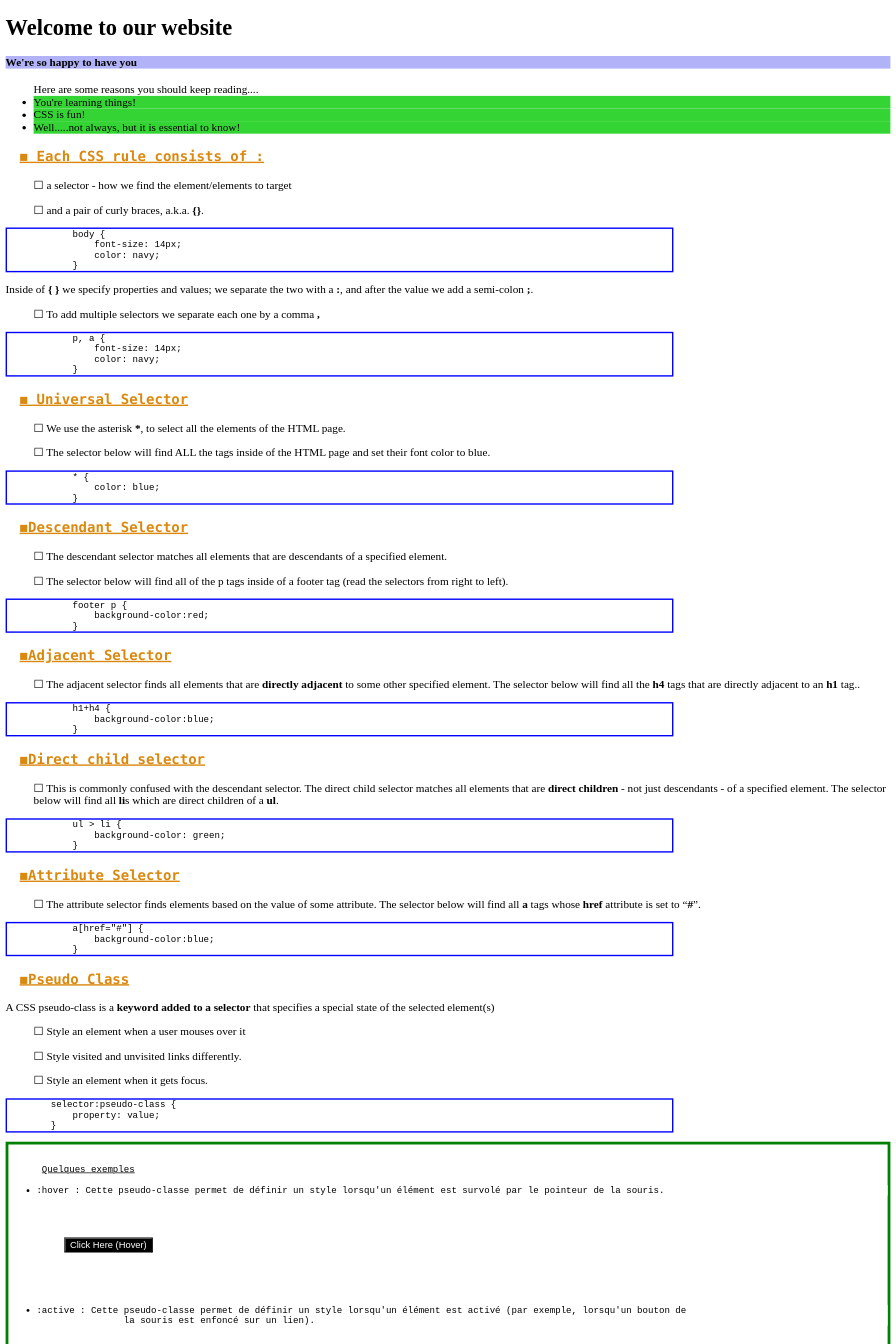
Repository: AnnaSpirit/Tests__
Page: CSS/Useful_Selectors.html
An editor plug-in stored every save of this project. The page is shown before and after the next save, followed by the edit.
The browser window is 1280 px wide. The pictures show the part of the page from y = 0 to 1920 px (the page is 2653 px tall before and 2649 px after), at 70% of full size.

Above is the page before, as saved 2024-04-03 18:53:11.

After the next save:
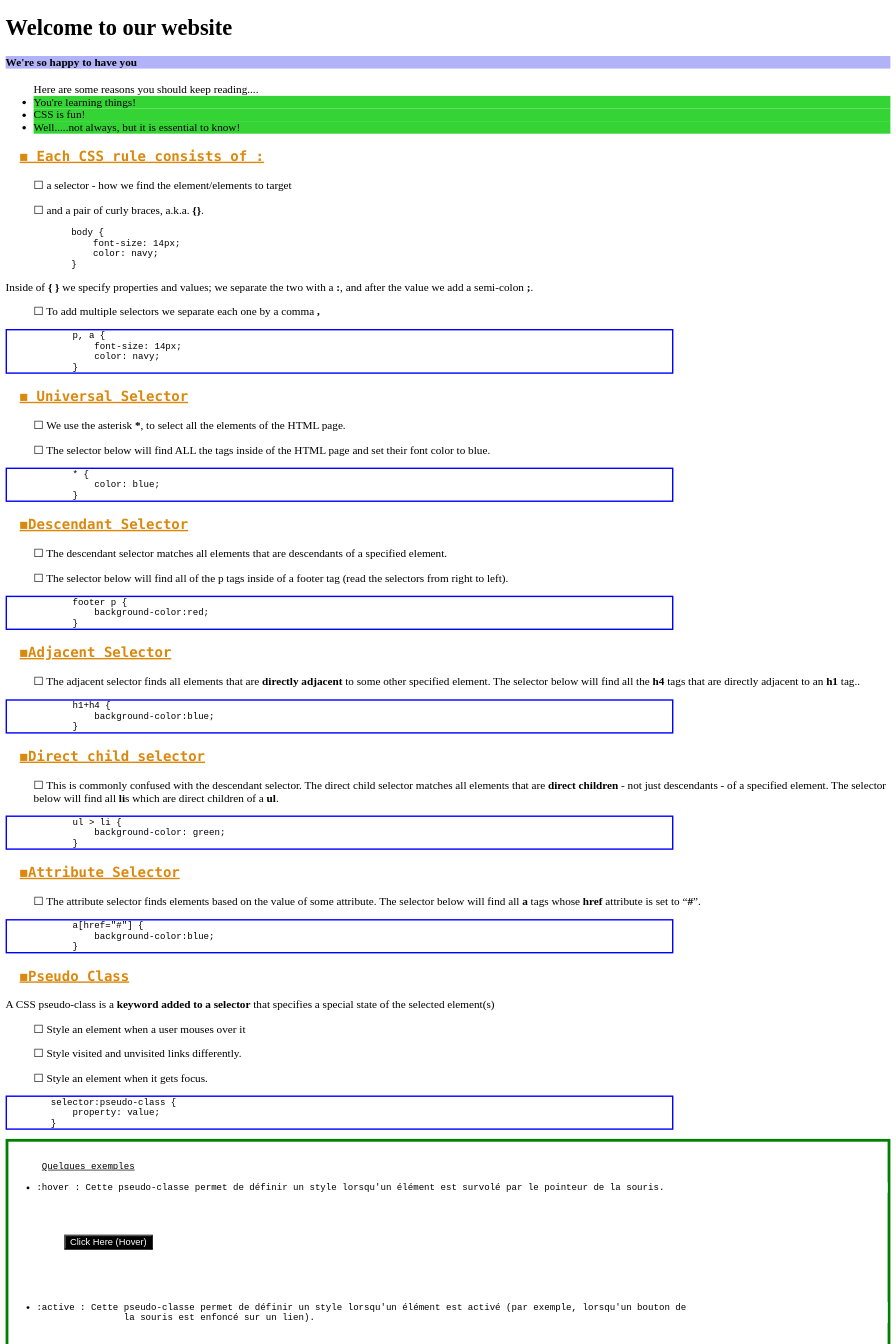
Saved 2 min 29 s later.
--- a/CSS/Useful_Selectors.html
+++ b/CSS/Useful_Selectors.html
@@ -23,7 +23,7 @@
             <p style="padding-left: 40px;"> &#9744; a selector - how we find the element/elements to target</p>
             <p style="padding-left: 40px;"> &#9744; and a pair of curly braces, a.k.a. <b>{}</b>.</p>
     <span>
-        <pre style="border: 2px solid blue; margin-right: 310px">
+        <pre style="">
             body {
                 font-size: 14px;
                 color: navy;

After the 3 saves that followed:
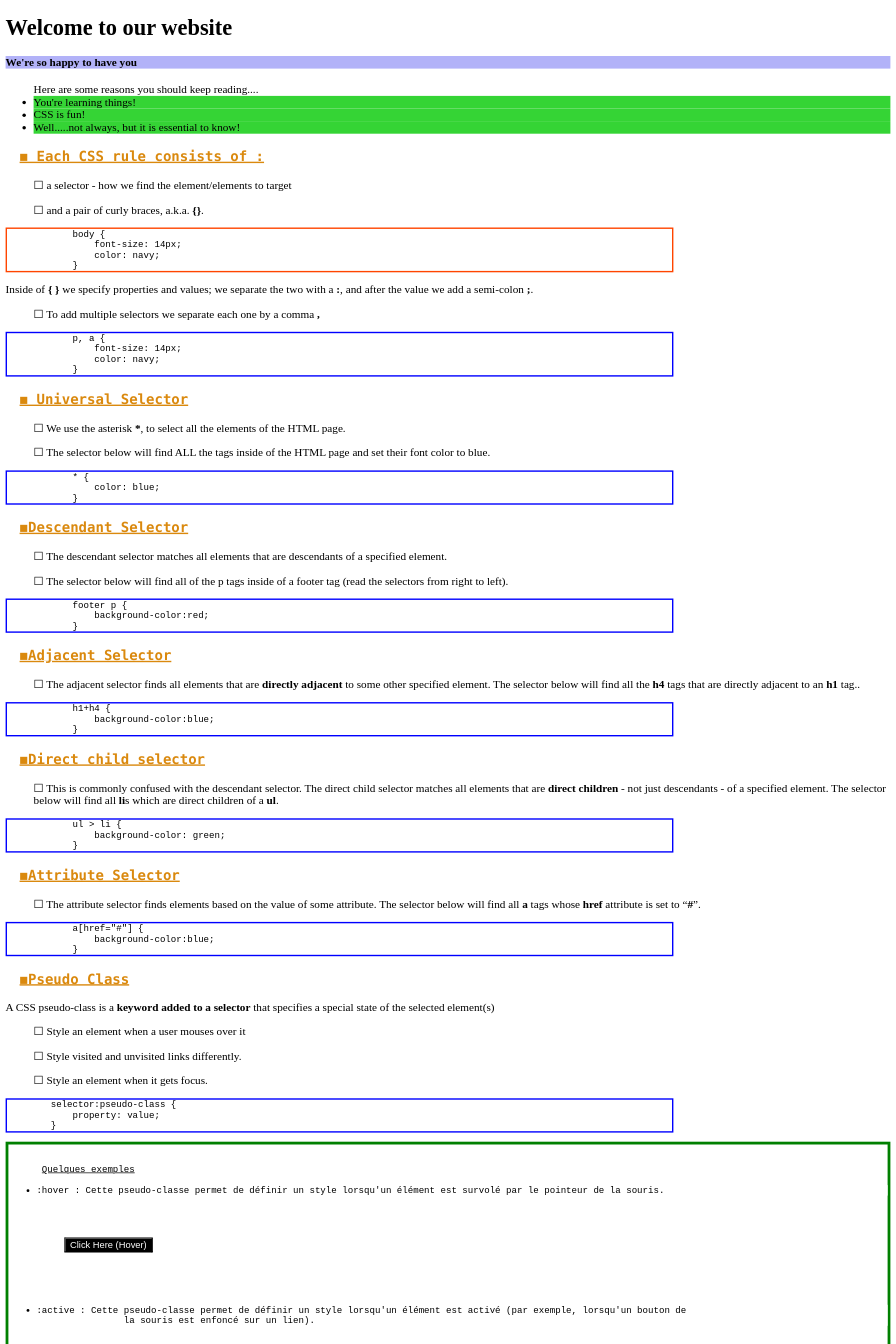
The 3 saves are shown as one change because 2 left the picture as it was.
The last was saved 43 s later.
--- a/CSS/Useful_Selectors.html
+++ b/CSS/Useful_Selectors.html
@@ -23,7 +23,7 @@
             <p style="padding-left: 40px;"> &#9744; a selector - how we find the element/elements to target</p>
             <p style="padding-left: 40px;"> &#9744; and a pair of curly braces, a.k.a. <b>{}</b>.</p>
     <span>
-        <pre style="">
+        <pre class="classblue">
             body {
                 font-size: 14px;
                 color: navy;
